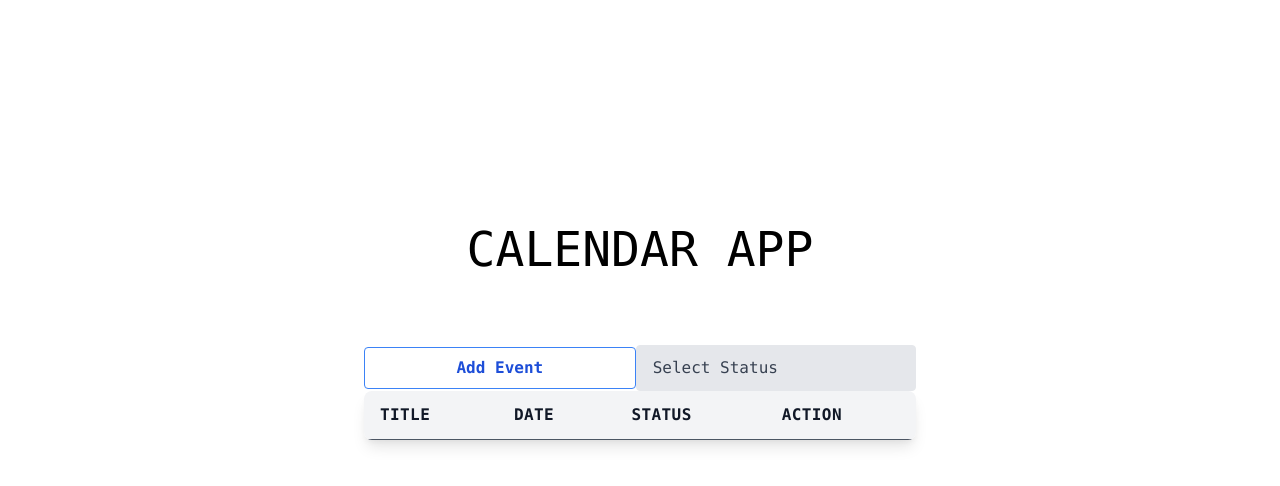
Repository: maikeru-desu/parking-lot
Page: / (app in parking-lot-fe/)
The author's editor kept a copy of each file at every save. The page is drawn from the files as they stood at one save, then again after the next save.
The browser window is 1280 px wide. The pictures show the whole page.
The page's requests for data from a server got no answer. The project was rebuilt for these pictures with package versions that can differ from the ones it lists, and the page was loaded fresh each time. No one was signed in, and anything a server would have sent is missing. Also part of the build but not shown: parking-lot-fe/craco.config.js, parking-lot-fe/src/pages/Add.js, parking-lot-fe/src/pages/Edit.js.

Above is the page before, as saved 2021-10-14 07:42:38.

### parking-lot-fe/src/index.js
import React from 'react';
import ReactDOM from 'react-dom';
import './index.css';
import App from './App';
import {Provider} from "react-redux";
import {BrowserRouter} from "react-router-dom";
import reportWebVitals from './reportWebVitals';
import store from './redux/store';

ReactDOM.render(
    <React.StrictMode>
        <BrowserRouter>
            <Provider store={store}>
                <App />
            </Provider>
        </BrowserRouter>
    </React.StrictMode>,
    document.getElementById('root')
);

// If you want to start measuring performance in your app, pass a function
// to log results (for example: reportWebVitals(console.log))
// or send to an analytics endpoint. Learn more: https://bit.ly/CRA-vitals
reportWebVitals();

### parking-lot-fe/src/App.js
import logo from './logo.svg';
import './App.css';
import {Switch, Route} from "react-router-dom";
import Home from './pages/Home';
import Add from './pages/Add';
import Edit from './pages/Edit';

function App() {
  return (
    <div className="App font-mono">
          <h1 class="mb-12 text-5xl">CALENDAR APP</h1>
        <Switch>
            <Route exact path="/" component={Home} />
            <Route exact path="/add" component={Add} />
            <Route exact path="/edit/:id" component={Edit} />
        </Switch>
    </div>
  );
}

export default App;

### parking-lot-fe/src/redux/store.js
import {createStore, applyMiddleware} from "redux";
import logger from "redux-logger";
import reduxThunk from "redux-thunk";
import rootReducer from "./root-reducer";

const middlewares = [reduxThunk];

if (process.env.NODE_ENV === "development") {
    middlewares.push(logger)
}

const store = createStore(rootReducer, applyMiddleware(...middlewares));

export default store;

### parking-lot-fe/src/pages/Home.js
import React, {useEffect} from 'react'
import {useDispatch, useSelector} from "react-redux";
import { deleteEvent, loadEvents } from '../redux/actions';
import { useHistory } from 'react-router-dom';

const Home = () => {
    let dispatch = useDispatch();
    let history = useHistory();
    const { events } = useSelector(state => state.events);

    const handleDelete = (id) => {
        if(window.confirm("Are you sure wanted to delete the event?")) {
            dispatch(deleteEvent(id));
        }
    }

    useEffect(() => {
        dispatch(loadEvents());
    }, [])

    return (
        <section class="container mx-auto p-6">
            <div class="flex items-center justify-between">
                <button onClick={() => history.push("/add")} className="bg-transparent hover:bg-blue-500 text-blue-700 font-semibold hover:text-white py-2 px-4 border border-blue-500 hover:border-transparent rounded">
                    Add Event
                </button>

                <select
                    id="status"
                    name="status"
                    className="block appearance-none w-full bg-gray-200 border border-gray-200 text-gray-700 py-3 px-4 pr-8 rounded leading-tight focus:outline-none focus:bg-white focus:border-gray-500">
                    <option>Select Status</option>
                    <option value="0">Pending</option>
                    <option value="2">Ongoing</option>
                    <option value="1">Done</option>
                </select>
            </div>

            <div class="w-full mb-8 overflow-hidden rounded-lg shadow-lg">
                <div class="w-full overflow-x-auto">
                <table class="w-full">
                    <thead>
                    <tr class="text-md font-semibold tracking-wide text-left text-gray-900 bg-gray-100 uppercase border-b border-gray-600">
                        <th class="px-4 py-3">Title</th>
                        <th class="px-4 py-3">Date</th>
                        <th class="px-4 py-3">Status</th>
                        <th class="px-4 py-3">Action</th>
                    </tr>
                    </thead>
                    <tbody class="bg-white">
                        {events && events.map((event) => (

                            <tr class="text-gray-700" key={event.id}>
                                <td class="px-4 py-3 border">
                                    <div class="flex items-center text-sm">
                                        <div>
                                            <p class="font-semibold text-black">{event.title}</p>
                                        </div>
                                    </div>
                                </td>
                                <td class="px-4 py-3 text-ms font-semibold border">{event.date}</td>
                                <td class="px-4 py-3 text-xs border">
                                    {(() => {
                                        if (event.status == 0) {
                                            return <span class="px-2 py-1 font-semibold leading-tight text-yellow-700 bg-yellow-100 rounded-sm"> Pending </span>;
                                        } else if (event.status == 1) {
                                            return <span class="px-2 py-1 font-semibold leading-tight text-green-700 bg-green-100 rounded-sm"> Done </span>;
                                        } else {
                                            return <span class="px-2 py-1 font-semibold leading-tight text-blue-700 bg-blue-100 rounded-sm"> Ongoing </span>;
                                        }
                                    })()}
                                    {/* <span class="px-2 py-1 font-semibold leading-tight text-green-700 bg-green-100 rounded-sm"> Acceptable </span> */}
                                </td>
                                <td class="px-4 py-3 text-sm border">
                                    <button onClick={() => history.push(`/edit/${event.id}`)} className="bg-transparent hover:bg-blue-500 text-blue-700 font-semibold hover:text-white py-2 px-4 border border-blue-500 hover:border-transparent rounded">
                                        EDIT
                                    </button>
                                    <button onClick={() => handleDelete(event.id)} className="bg-transparent hover:bg-red-500 text-red-700 font-semibold hover:text-white py-2 px-4 border border-red-500 hover:border-transparent rounded">
                                        DELETE
                                    </button>
                                </td>
                            </tr>
                        ))}
                    </tbody>
                </table>
                </div>
            </div>
        </section>
    )
}

export default Home

### parking-lot-fe/src/redux/root-reducer.js
import {combineReducers} from "redux";
import eventsReducers from "./reducer";

const rootReducer = combineReducers({
    events: eventsReducers
});

export default rootReducer;

### parking-lot-fe/src/redux/actions.js
import * as types from "./actionType";
import axios from "axios";

const getEvents = (events) => ({
    type: types.GET_EVENTS,
    payload: events
});

const eventDeleted = () => ({
    type: types.DELETE_EVENT
});

const eventAdded = () => ({
    type: types.ADD_EVENT
});

const eventFetched = (event) => ({
    type: types.GET_EVENT,
    payload: event,
});

const eventUpdated = () => ({
    type: types.UPDATE_EVENT
});

export const loadEvents = () => {
    return function (dispatch) {
        axios.get(`${process.env.REACT_APP_API}`).then((resp) => {
            // console.log("resp", resp);
            dispatch(getEvents(resp.data));
        })
        .catch((error) => console.log(error));
    };
};

export const deleteEvent = (id) => {
    return function (dispatch) {
        axios.delete(`${process.env.REACT_APP_API}/${id}`).then((resp) => {
            console.log("resp", resp);
            dispatch(eventDeleted());
            dispatch(loadEvents());
        })
        .catch((error) => console.log(error));
    };
};

export const addEvent = (user) => {
    return function (dispatch) {
        axios.post(`${process.env.REACT_APP_API}`, user).then((resp) => {
            console.log("resp", resp);
            dispatch(eventAdded());
            dispatch(loadEvents());
        })
        .catch((error) => console.log(error));
    };
};

export const getEvent = (id) => {
    return function (dispatch) {
        axios.get(`${process.env.REACT_APP_API}/${id}`).then((resp) => {
            console.log("resp", resp);
            dispatch(eventFetched(resp.data));
        })
        .catch((error) => console.log(error));
    };
};

export const updateEvent = (user, id) => {
    return function (dispatch) {
        axios.put(`${process.env.REACT_APP_API}/${id}`, user).then((resp) => {
            console.log("resp", resp);
            dispatch(eventUpdated());
        })
            .catch((error) => console.log(error));
    };
};

### parking-lot-fe/src/form.css
html, body {
  height: 100%
}

body {
  display: flex;
  justify-content: center;
  align-items: center;
}

form {
  padding: 20px;
  border: 1px solid #ccc;
  border-radius: 5px;
  width: 100%;
}

button {
  width: 100%
}

#root {
    width: 100%;
    max-width: 600px;
}

### parking-lot-fe/src/redux/reducer.js
import * as types from "./actionType";

const initialState = {
    events: [],
    event: {},
    loading: true
}

const eventsReducers = (state = initialState, action) => {
    switch (action.type) {
        case types.GET_EVENTS:
            return {
                ...state,
                events: action.payload,
                loading: false,
            };
        case types.DELETE_EVENT:
        case types.ADD_EVENT:
        case types.UPDATE_EVENT:
            return {
                ...state,
                loading: false,
            }
        case types.GET_EVENT:
            return {
                ...state,
                event: action.payload,
                loading: false,
            };
        default:
            return state;
    }
}

export default eventsReducers;

### parking-lot-fe/src/redux/actionType.js
export const GET_EVENTS = "GET_EVENTS";
export const DELETE_EVENT = "DELETE_EVENT";
export const ADD_EVENT = "ADD_EVENT";
export const GET_EVENT = "GET_EVENT";
export const UPDATE_EVENT = "UPDATE_EVENT";

Loaded but not shown: parking-lot-fe/src/index.css (common file); parking-lot-fe/src/reportWebVitals.js (common file); parking-lot-fe/src/App.css (common file); parking-lot-fe/tailwind.config.js (common file)

After the next save:
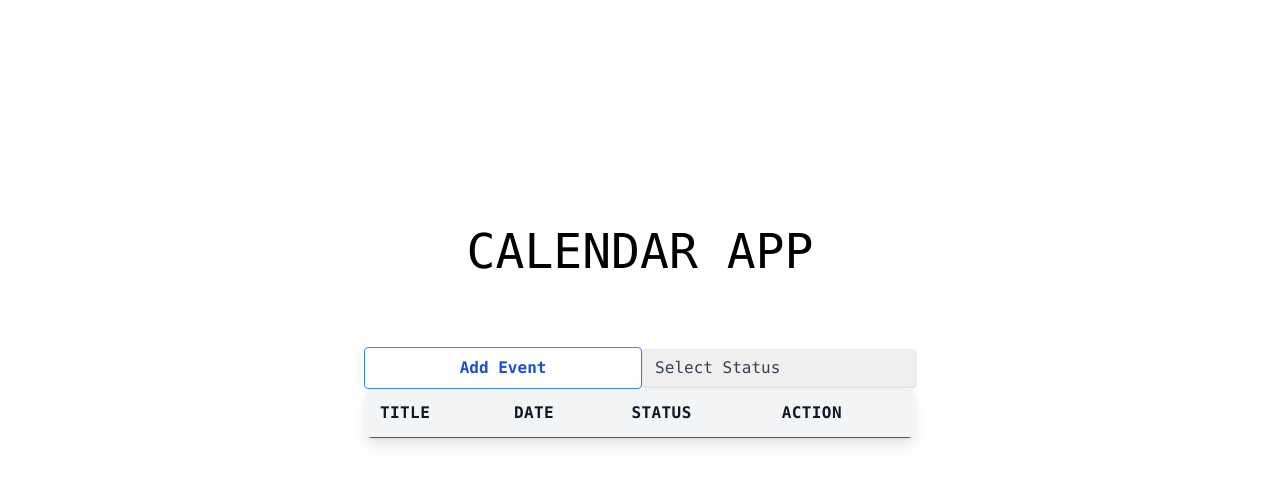
Saved 41 s later.
--- a/parking-lot-fe/src/pages/Home.js
+++ b/parking-lot-fe/src/pages/Home.js
@@ -28,7 +28,7 @@
                 <select
                     id="status"
                     name="status"
-                    className="block appearance-none w-full bg-gray-200 border border-gray-200 text-gray-700 py-3 px-4 pr-8 rounded leading-tight focus:outline-none focus:bg-white focus:border-gray-500">
+                    className="shadow appearance-none border rounded w-full py-2 px-3 text-gray-700 leading-tight focus:outline-none focus:shadow-outline">
                     <option>Select Status</option>
                     <option value="0">Pending</option>
                     <option value="2">Ongoing</option>

After the save that followed:
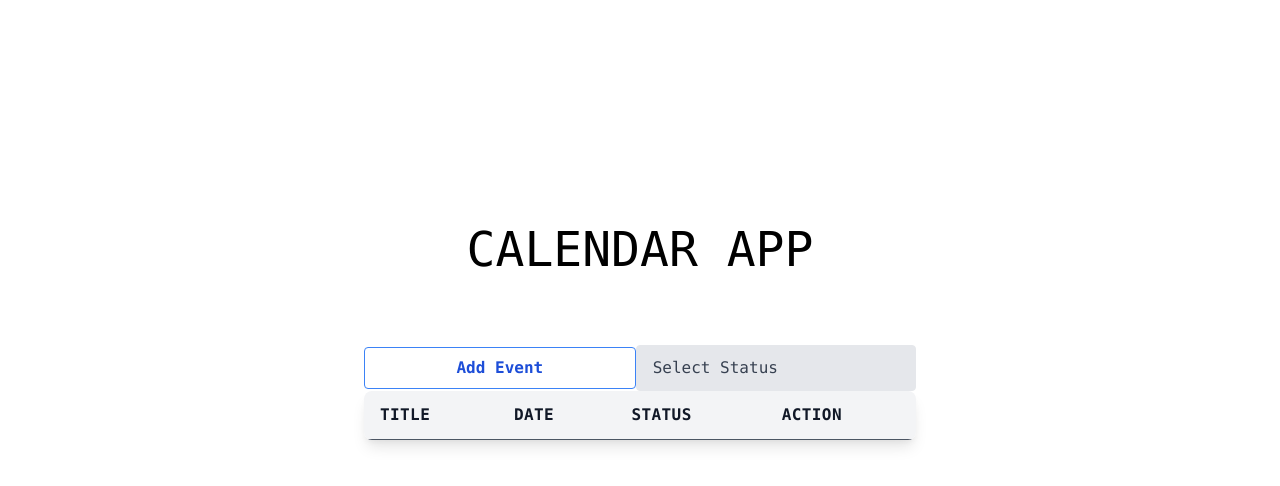
Saved 11 s later.
--- a/parking-lot-fe/src/pages/Home.js
+++ b/parking-lot-fe/src/pages/Home.js
@@ -28,7 +28,7 @@
                 <select
                     id="status"
                     name="status"
-                    className="shadow appearance-none border rounded w-full py-2 px-3 text-gray-700 leading-tight focus:outline-none focus:shadow-outline">
+                    className="block appearance-none w-full bg-gray-200 border border-gray-200 text-gray-700 py-3 px-4 pr-8 rounded leading-tight focus:outline-none focus:bg-white focus:border-gray-500">
                     <option>Select Status</option>
                     <option value="0">Pending</option>
                     <option value="2">Ongoing</option>
